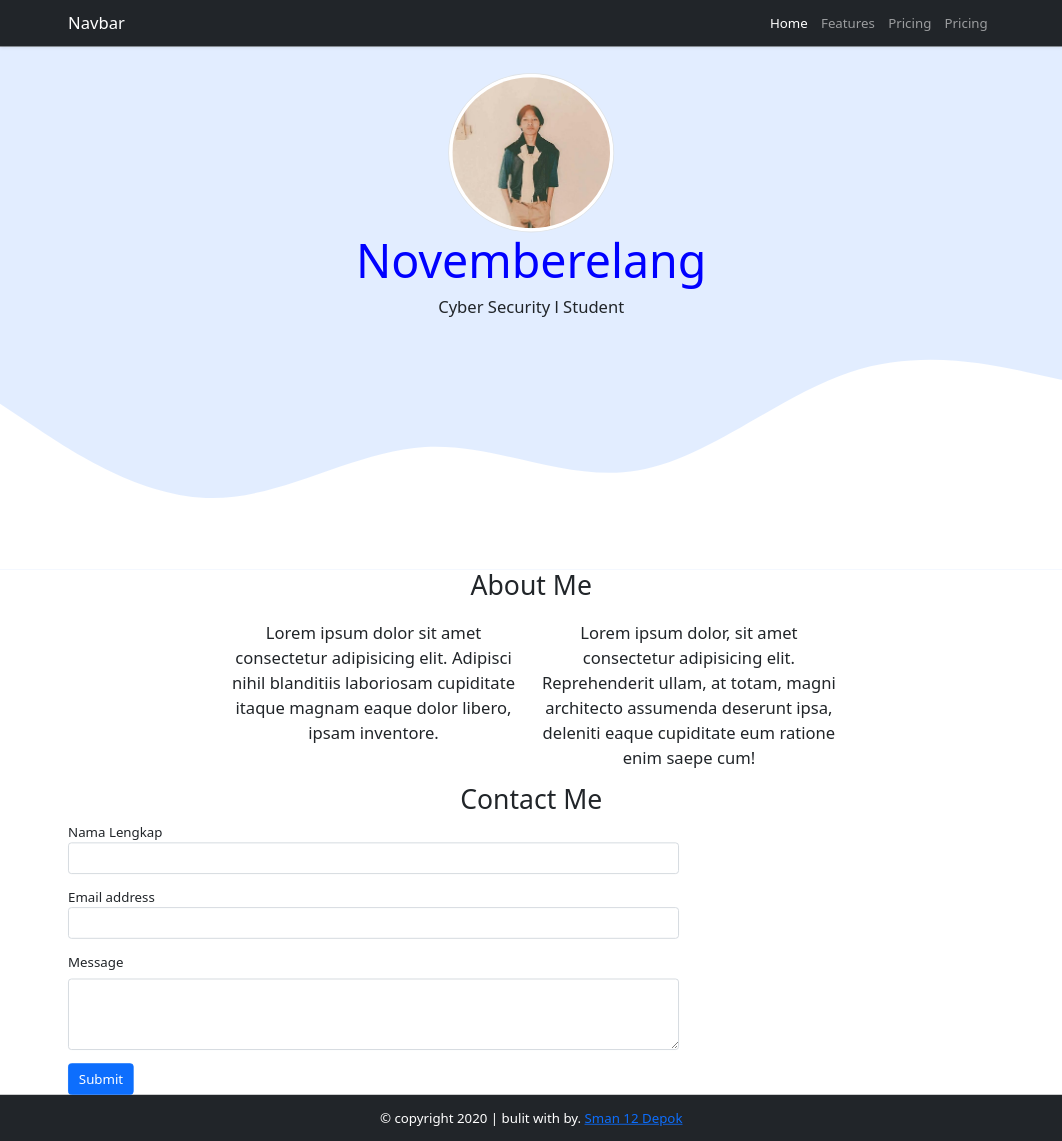
Repository: Novemberdad/gemilangtech.github.io
Page: index.html
An editor plug-in stored every save of this project. The page is shown before and after the next save, followed by the edit.
The browser window is 1280 px wide. The pictures show the whole page, at 83% of full size.

Above is the page before, as saved 2021-07-21 00:34:44.

### index.html
<!DOCTYPE html>
<html lang="en">

<head>
    <!-- Required meta tags -->
    <meta charset="utf-8" />
    <meta name="viewport" content="width=device-width, initial-scale=1" />

    <!-- Bootstrap CSS -->
    <link href="https://cdn.jsdelivr.net/npm/bootstrap@5.0.2/dist/css/bootstrap.min.css" rel="stylesheet" integrity="sha384-EVSTQN3/azprG1Anm3QDgpJLIm9Nao0Yz1ztcQTwFspd3yD65VohhpuuCOmLASjC" crossorigin="anonymous" />

    <!--My CSS-->
    <link rel="stylesheet" href="style.css" />
    <title>My Portofoliio</title>
    <style>
        h1 {
            text-align: center;
            color: blue;
        }
    </style>
</head>

<body>
    <!--NAVBAR-->
    <nav class="navbar navbar-expand-lg navbar-dark bg-dark shadow-sm">
        <div class="container">
            <a class="navbar-brand" href="#">Navbar</a>
            <button class="navbar-toggler" type="button" data-bs-toggle="collapse" data-bs-target="#navbarNav" aria-controls="navbarNav" aria-expanded="false" aria-label="Toggle navigation">
          <span class="navbar-toggler-icon"></span>
        </button>
            <div class="collapse navbar-collapse" id="navbarNav">
                <ul class="navbar-nav ms-auto">
                    <li class="nav-item">
                        <a class="nav-link active" aria-current="page" href="#">Home</a>
                    </li>
                    <li class="nav-item">
                        <a class="nav-link" href="#">Features</a>
                    </li>
                    <li class="nav-item">
                        <a class="nav-link" href="#">Pricing</a>
                    </li>
                    <li class="nav-item">
                        <a class="nav-link" href="#">Pricing</a>
                    </li>
                </ul>
            </div>
        </div>
    </nav>
    <!--AKHIR NAVBAR-->

    <!--jumbortron-->
    <section class="jumbotron text-center">
        <img src="image/logo.jpg" alt="logo" width="200" class="rounded-circle img-thumbnail" />
        <h1 class="display-4">Novemberelang</h1>
        <p class="lead">Cyber Security l Student</p>
        <svg xmlns="http://www.w3.org/2000/svg" viewBox="0 0 1440 320">
        <path
          fill="#ffffff"
          fill-opacity="1"
          d="M0,96L48,128C96,160,192,224,288,224C384,224,480,160,576,154.7C672,149,768,203,864,186.7C960,171,1056,85,1152,53.3C1248,21,1344,43,1392,53.3L1440,64L1440,320L1392,320C1344,320,1248,320,1152,320C1056,320,960,320,864,320C768,320,672,320,576,320C480,320,384,320,288,320C192,320,96,320,48,320L0,320Z"
        ></path>
      </svg>
    </section>
    <!--akhir jumbotron-->

    <!--about-->
    <section id="about">
        <div class="container">
            <div class="row text-center mb-3">
                <div class="col">
                    <h2>About Me</h2>
                </div>
            </div>
            <div class="row justify-content-center fs-5 text-center">
                <div class="col-4">
                    <p>Lorem ipsum dolor sit amet consectetur adipisicing elit. Adipisci nihil blanditiis laboriosam cupiditate itaque magnam eaque dolor libero, ipsam inventore.</p>
                </div>
                <div class="col-4">
                    <p>Lorem ipsum dolor, sit amet consectetur adipisicing elit. Reprehenderit ullam, at totam, magni architecto assumenda deserunt ipsa, deleniti eaque cupiditate eum ratione enim saepe cum!</p>
                </div>
            </div>
    </section>
    <!--akhir about-->


    <!--kontak-->
    <section id="contact">
        <div class="container">
            <div class="row text-center justify-content-center">
                <div class="col">
                    <h2> Contact Me</h2>
                </div>
            </div>
            <div class="row">
                <div class="col-md-8">
                    <form>
                        <div class="mb-3">
                            <label for="exampleInputEmail1">Nama Lengkap</label>
                            <input type="email" class="form-control" id="exampleInputEmail1" aria-describedby="NamaLengkap">
                        </div>
                        <div class="mb-3">
                            <label for="exampleInputEmail1">Email address</label>
                            <input type="email" class="form-control" id="exampleInputEmail1" aria-describedby="emailHelp">
                        </div>
                        <div class="mb-3">
                            <label for="exampleFormControlTextarea1" class="form-label">Message</label>
                            <textarea class="form-control" id="exampleFormControlTextarea1" rows="3"></textarea>
                        </div>
                        <button type="submit" class="btn btn-primary">Submit</button>
                    </form>
                </div>
            </div>
        </div>


    </section>
    <!--akhir kontak-->

    <!--footer-->
    <footer class="bg-dark text-white ">
        <div class="container ">
            <div class="row pt-3 ">
                <div class="col text-center ">
                    <p>&copy; copyright 2020 | bulit with by. <a href="http://instagram.com/sman12depok.official">Sman 12 Depok</a></p>
                </div>
            </div>
        </div>
    </footer>
    <!--akhir footer-->



    <script src="https://cdn.jsdelivr.net/npm/bootstrap@5.0.2/dist/js/bootstrap.bundle.min.js" integrity="sha384-MrcW6ZMFYlzcLA8Nl+NtUVF0sA7MsXsP1UyJoMp4YLEuNSfAP+JcXn/tWtIaxVXM" crossorigin="anonymous"></script>

    <!-- Option 2: Separate Popper and Bootstrap JS -->
    <!--
    <script src="https://cdn.jsdelivr.net/npm/@popperjs/core@2.9.2/dist/umd/popper.min.js" integrity="sha384-IQsoLXl5PILFhosVNubq5LC7Qb9DXgDA9i+tQ8Zj3iwWAwPtgFTxbJ8NT4GN1R8p" crossorigin="anonymous"></script>
    <script src="https://cdn.jsdelivr.net/npm/bootstrap@5.0.2/dist/js/bootstrap.min.js" integrity="sha384-cVKIPhGWiC2Al4u+LWgxfKTRIcfu0JTxR+EQDz/bgldoEyl4H0zUF0QKbrJ0EcQF" crossorigin="anonymous"></script>
    -->
</body>

</html>

### style.css
.jumbotron {
    padding-top: 2rem;
    background-color: #e2edff;
}

After the next save:
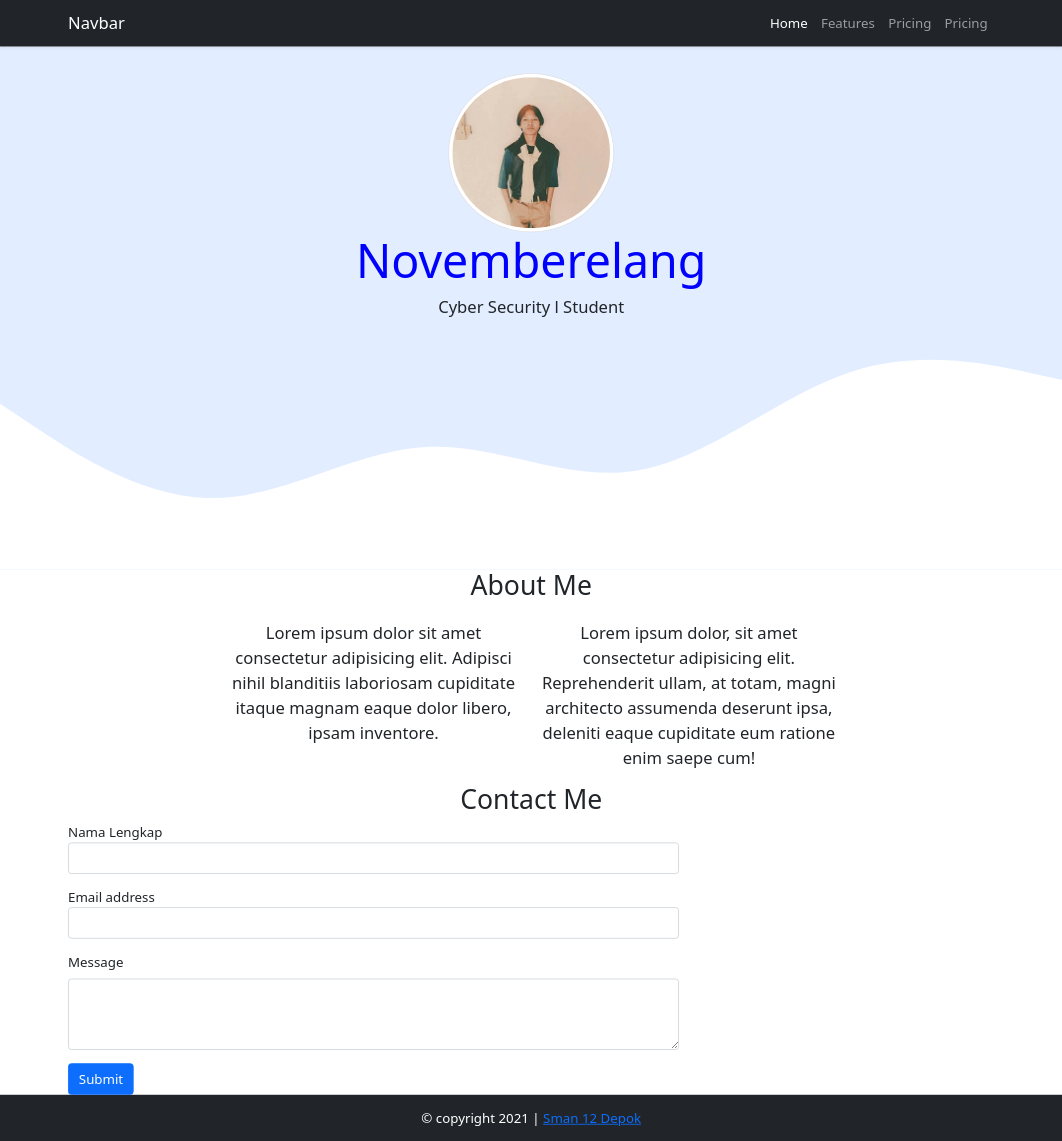
Saved 39 s later.
--- a/index.html
+++ b/index.html
@@ -121,7 +121,7 @@
         <div class="container ">
             <div class="row pt-3 ">
                 <div class="col text-center ">
-                    <p>&copy; copyright 2020 | bulit with by. <a href="http://instagram.com/sman12depok.official">Sman 12 Depok</a></p>
+                    <p>&copy; copyright 2021 | <a href="http://instagram.com/sman12depok.official">Sman 12 Depok</a></p>
                 </div>
             </div>
         </div>
